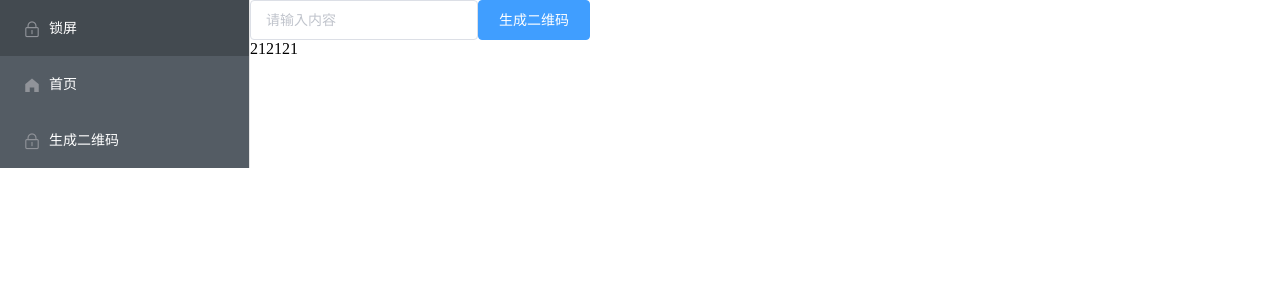
Repository: wujingwenwu/-vue-2.0
Page: /qrcode
An editor plug-in stored every save of this project. The page is shown before and after the next save, followed by the edit.
The browser window is 1280 px wide. The pictures show the whole page.
The project was rebuilt for these pictures with package versions that can differ from the ones it lists, and the page was loaded fresh each time. Also part of the build but not shown: src/views/Home.vue, src/components/w-lockScreen/w-lockScreen.vue.

Above is the page before, as saved 2020-10-01 14:16:11.

### src/main.js
import Vue from "vue";
import App from "./App.vue";
import router from "./router";
import store from "./store";
import ElementUI from 'element-ui';
import 'element-ui/lib/theme-chalk/index.css';
import  "./globalComponents"
Vue.config.productionTip = false;
Vue.use(ElementUI);
new Vue({
  router,
  store,
  render: h => h(App)
}).$mount("#app");

### src/App.vue
<template>
  <div id="app">

    <router-view />
  </div>
</template>

<style lang="scss">
@import "./style/demo";
*{
  margin: 0;
  padding: 0;
}
</style>

### src/router/index.js
import Vue from "vue";
import VueRouter from "vue-router";
import Home from "../views/Home.vue";
import Layout from "../views/layout/layout"
Vue.use(VueRouter);

const routes = [
  {
    path: "/home",
    name: "",
    component: Home
  },
  {
    path: "",
    component: Layout,
    children:[
      {
        path: "/",
        name: "Home",
        component: Home
      },
      {
        path: "/lockScreen",
        name: "LockScreen",
        component: () =>
          import("../views/lockScreen/LockScreen")
      },
      {
        path: "/qrcode",
        name: "Qrcode",
        component: () =>
          import("../views/qrcode/Qrcode.vue")
      },
    ]
  },
  {
    path: "/about",
    name: "About",
    component: () =>
      import("../views/About.vue")
  },
];

const router = new VueRouter({
  mode: "history",
  base: process.env.BASE_URL,
  routes
});
router.beforeEach((to, from, next) => {
  const lockFlag = localStorage.getItem('password');
  if(lockFlag === '0'&&from.path!=="/lockScreen"){
      next(false)
  }else{
    next()
  }
})
export default router;

### src/store/index.js
import Vue from "vue";
import Vuex from "vuex";

Vue.use(Vuex);

export default new Vuex.Store({
  state: {
    // passpords:''
  },
  mutations: {
    // setUser(state, data) {
    //   state.passpords = data
    // }
  },
  actions: {},
  modules: {}
});

### src/globalComponents/index.js
import Vue from 'vue'

import WLockScreen from '../components/w-lockScreen/w-lockScreen';
import WQrcode from "../components/w-qrcode/w-qrcode.vue"


Vue.component('wLockScreen', WLockScreen)
Vue.component('WQrcode', WQrcode)

### src/style/demo.scss
.d-f{
    display: flex;
    /* 弹性盒模型 */
}
.f-s-12{
    font-size: 12px;
    /* 字体大小为12px */
}
.f-s-14{
    font-size: 14px;
    /* 字体大小为14px */
}
.f-s-16{
    font-size: 16px;
    /* 字体大小为16px */
}
.f-w{
    font-weight: 700;
    /*字体 加粗 */
}
.f-c-ho{
    color: #f00;
    /* 红色 */
}
.f-c-hu{
    color: #ccc;
    /* 灰色 */
}
.f-c-b{
    color: #ffffff;
    /* 白色 */
}
.f-c-he{
    color: #000;
    /* 黑色 */
}
.t-a-l{
    text-align: left;
    /* 文本左对齐 */
}
.t-a-c{
    text-align: center;
    /* 文本居中 */
}
.t-a-r{
    text-align: right;
    /* 文本右对齐 */
}
.t-d-u{
    text-decoration: underline;
    /* 装饰在文本底部 */
}
.t-d-o{
    text-decoration: overline;
    /* 装饰在顶部 */
}
.t-d-l-t{
    text-decoration: line-through;
    /* 装饰在文本中间 */
}
.d-i{
    display: inline;
    /* 块级元素装换成行内元素 */
}
.d-i-b{
    display: inline-block;
    /* 块级元素装换成行内块元素 */
}
.d-b{
    display: block;
    /* 行内和行内块元素装换成块级元素 */
}
.d-n{
    display: none;
    /* 隐藏元素 */
}
.p-r{
    position: relative;
    /* 相对定位 */
}
.p-a{
    position: absolute;
    /* 绝对定位 */
}
.p-f{
    position: fixed;
    /* 固定定位 */
}
.b-r-50{
    border-radius: 50%;
    /* 圆角为50% */
}
.j-c-s-a{
    justify-content: space-around;
   /* 两边的子元素距离父元素的两边有间距，然后中间距离自动等分 */
}
.j-c-s-b{
    justify-content: space-between;
    /* 两边的子元素距离父元素没有间距，然后中间距离自动等分 */

}
.j-c-c{
    justify-content: center;
     /* 所有的子元素相当于父元素水平居中 */
}
.a-i-c{
    align-items: center;
    /* （竖轴排列方式）子元素相当于父元素垂直方向居中 */
}
.f-d-c{
    flex-direction: column;
    /* 弹性盒模型的竖项排列方式 */
}
*{
  margin: 0;
  padding: 0;
  /* 清除游览器的痕迹 */
}
.conter{
    display: flex;
    justify-content: center;
    /* 弹性盒模型，所有的文本在页面的中间 */
}
.warp{
   width: 1280px;
   /* 宽度为1280px，基本上不会超过1400px */
}
.o-h{
    overflow: hidden;
    /* 超出部分隐藏 */
}
.w-o-t{
    white-space: nowrap;
    overflow: hidden;
    text-overflow: ellipsis;
    /* 超出部分隐藏（只限字体） */
}
.d-n{
    display: none;
    /* 不占位置 */
}
.v-h{
    visibility: hidden;
    /* 占位置 */
}
.f-w-w{
    flex-wrap: wrap;
    /* 换行 */
}
.w-s-n{
    white-space: nowrap;
    /* 内容不换行 */
}
.m-t-20{
    margin-top: 20px;
    /* 向下20 */
}
.m-l-20{
    margin-left: 20px;

}
.m-t-10{
    margin-top: 10px;
}
.m-l-10{
    margin-left: 10px;
}
.b-c-hong{
    background-color: red;
}
.b-c-hei{
    background-color: black;
}
.b-c-bai{
    background-color: #ffffff;
}
.b-c-hui{
    background-color: #ccc;
}
.b-1-s-hong{
    border: 1px solid red;
}
.b-1-d-hong{
    border: 1px dashed red;
}
.b-1-s-bai{
    border: 1px solid #ffffff;
}
.b-1-d-bai{
    border: 1px dashed #ffffff;
}
.b-1-s-hei{
    border: 1px solid black;
}
.b-1-d-hei{
    border: 1px dashed black;
}
.b-1-s-hui{
    border: 1px solid #ccc;
}
.b-1-d-hui{
    border: 1px dashed #ccc;
}
.b-l-n{
    border-left: none;
    /* 左边框隐藏 */
}
.b-t-n{
    border-top: none;
}
.b-r-n{
    border-right: none;
}
.b-b-n{
    border-bottom: none;
}
.m-t-15{
    margin-top: 15px;
}
.m-t-30{
    margin-top: 30px;
}
.m-t-5{
    margin-top: 5px;
}
.b-none{
    border: none;
}
.f-s-18{
    font-size: 18px;
}
.m-l--10{
    margin-left: -10px;
}
.m-l-40{
    margin-left: 40px;
}
.o-n{
    outline: none;
    /* 隐藏边框 */
}

### src/views/layout/layout.vue
<template>
 <div >
  <div class="d-f">
     <div class="commit">
      <el-menu
      :default-active="$route.path"
      class="el-menu-vertical-demo"
      background-color="#545c64"
      text-color="#fff"
      active-text-color="#ffd04b" v-for="item in arr" :key="item.path">
      <el-menu-item   :index="item.path" @click="select(item.path)">
        <i :class="item.icon"></i>
        <span slot="title">{{item.name}}</span>
      </el-menu-item>
    </el-menu>
     </div>
    <router-view></router-view>
  </div>
 </div>
</template>

<script>
 export default {
   data () {
     return {
       arr:[
      {icon:"el-icon-lock",name:"锁屏",path:'/lockScreen'},  {icon:"el-icon-s-home",name:"首页",path:'/'},
      {icon:"el-icon-lock",name:"生成二维码",path:'/lockScreen'},

       ]
     }
   },
   components: {

   },
   methods: {
   select(path){
     console.log(path);
     this.$router.push(path)
   },
   },
   mounted() {

   },
   watch: {

   },
   computed: {

   }
 }
</script>

<style scoped lang='scss'>
.commit{
    width: 250px;
}
</style>

### src/views/qrcode/Qrcode.vue
<template>
 <div>
 <div class="d-f">
  <div><el-input
  placeholder="请输入内容"
  v-model="input"
  clearable>
</el-input></div>
<div><el-button type="primary">生成二维码</el-button></div>
 </div>
 <w-qrcode></w-qrcode>
 </div>
</template>

<script>
 export default {
   name:'',
   props:{

    },
   data () {
     return {
     input:''
   }
   },
   components: {

   },
   methods: {

   },
   mounted() {

   },
   watch: {

   },
   computed: {

   }
 }
</script>

<style scoped lang='scss'>

</style>

### src/components/w-qrcode/w-qrcode.vue
<template>
 <div>
212121
 </div>
</template>

<script>
 export default {
   name:'',
   props:{

    },
   data () {
     return {

   }
   },
   components: {

   },
   methods: {

   },
   mounted() {

   },
   watch: {

   },
   computed: {

   }
 }
</script>

<style scoped lang='scss'>

</style>

Loaded but not shown: public/index.html (common file)

After the next save:
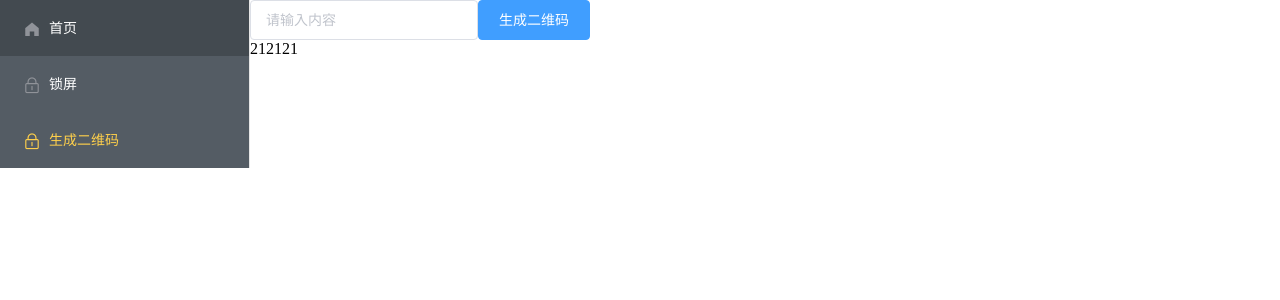
Saved 46 s later.
--- a/src/views/layout/layout.vue
+++ b/src/views/layout/layout.vue
@@ -24,8 +24,9 @@
    data () {
      return {
        arr:[
-      {icon:"el-icon-lock",name:"锁屏",path:'/lockScreen'},  {icon:"el-icon-s-home",name:"首页",path:'/'},
-      {icon:"el-icon-lock",name:"生成二维码",path:'/lockScreen'},
+         {icon:"el-icon-s-home",name:"首页",path:'/'},
+      {icon:"el-icon-lock",name:"锁屏",path:'/lockScreen'},
+      {icon:"el-icon-lock",name:"生成二维码",path:'/qrcode'},
 
        ]
      }
